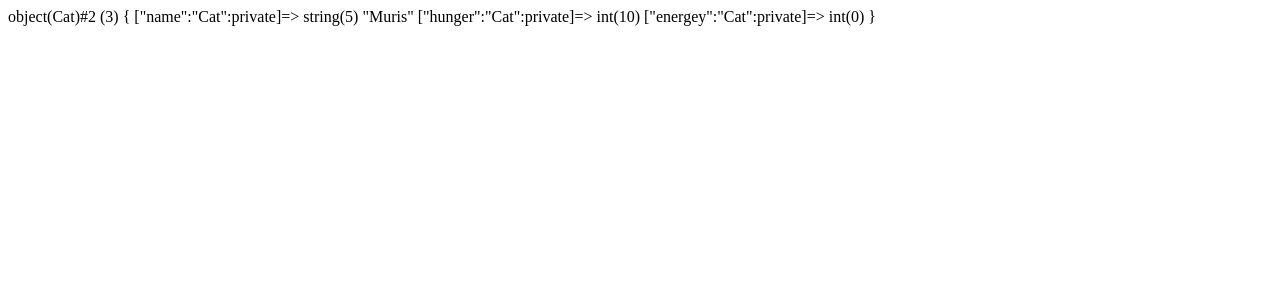
Repository: janismozgis-rcs/gurpa_5_test
Page: http://localhost/
An editor plug-in stored every save of this project. The page is shown before and after the next save, followed by the edit.
The browser window is 1280 px wide. The pictures show the whole page.
The page is run by PHP 8.4 with error messages shown; the project is at /var/www/html/.

Above is the page before, as saved 2018-06-18 19:58:56.

After the next save:
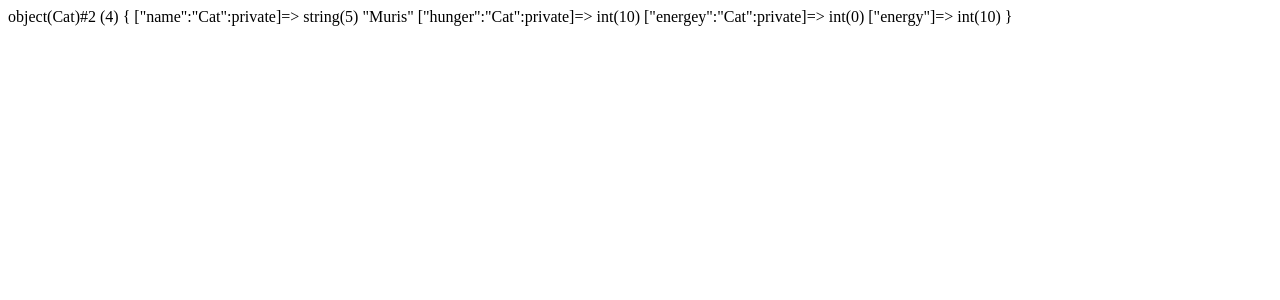
Saved 63 s later.
--- a/index.php
+++ b/index.php
@@ -100,4 +100,5 @@ class Cat
 
 $cat1 = new Cat('Muris');
 $cat2 = new Cat('Juris');
+$cat1->energy = 10;
 var_dump($cat1);
